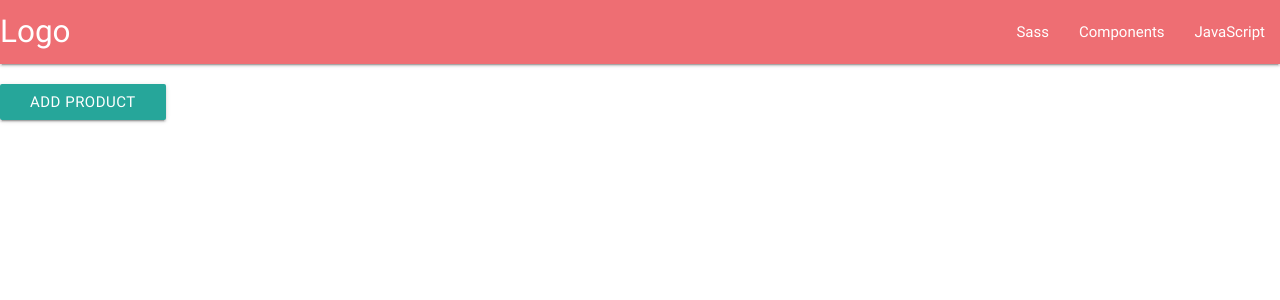
Repository: Leon2ev/lazy-brew
Page: http://localhost/
The author's editor kept a record of every edit. The page is drawn from the files as they stood at one moment, then again after the next edit.
The browser window is 1280 px wide. The pictures show the whole page.
Some web libraries are served in a nearby version. The page is served by the project's application, run on Flask 3 (app.py). Queries for data that is not in the repository find no rows.

Above is the page before.

After the next edit:
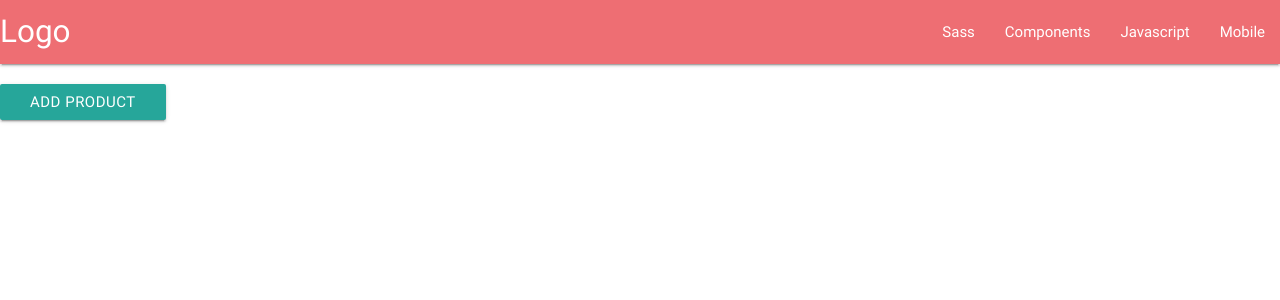
The edit:
--- a/templates/base.html
+++ b/templates/base.html
@@ -12,16 +12,24 @@
         <link rel="stylesheet" href="{{url_for('static', filename='css/style.css')}}" type="text/css">
     </head>
     <header>
-<nav>
-<div class="nav-wrapper">
-<a href="#" class="brand-logo">Logo</a>
-<ul id="nav-mobile" class="right hide-on-med-and-down">
-<li><a href="sass.html">Sass</a></li>
-<li><a href="badges.html">Components</a></li>
-<li><a href="collapsible.html">JavaScript</a></li>
-</ul>
-</div>
-  </nav>
+        <nav>
+            <div class="nav-wrapper">
+                <a href="#!" class="brand-logo">Logo</a>
+                <a href="#" data-activates="mobile-demo" class="button-collapse"><i class="material-icons">menu</i></a>
+            <ul class="right hide-on-med-and-down">
+            <li><a href="sass.html">Sass</a></li>
+            <li><a href="badges.html">Components</a></li>
+            <li><a href="collapsible.html">Javascript</a></li>
+            <li><a href="mobile.html">Mobile</a></li>
+            </ul>
+            <ul class="side-nav" id="mobile-demo">
+            <li><a href="sass.html">Sass</a></li>
+            <li><a href="badges.html">Components</a></li>
+            <li><a href="collapsible.html">Javascript</a></li>
+            <li><a href="mobile.html">Mobile</a></li>
+            </ul>
+            </div>
+        </nav>
     </header>
     <body>
         {% block content %}{% endblock %}
